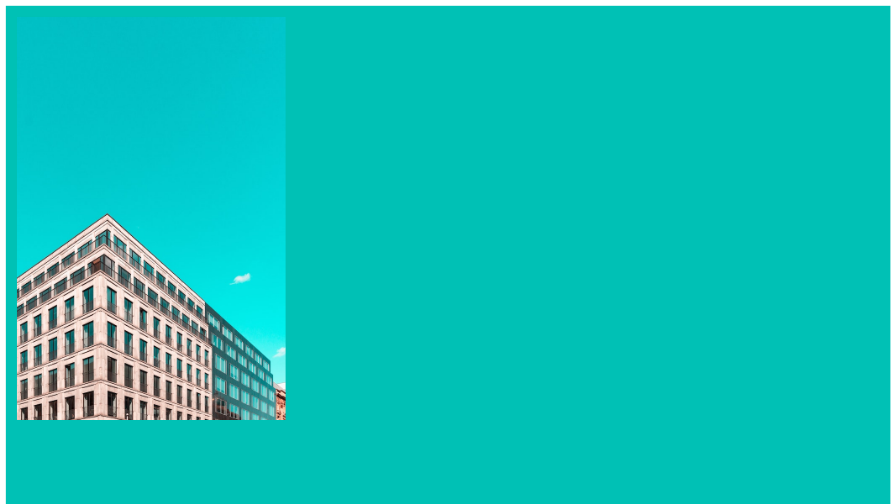
Repository: chelle-c/smooth-scroll-colours
Page: /
The author's editor kept a copy of each file at every save. The page is drawn from the files as they stood at one save, then again after the next save.
The browser window is 1280 px wide. The pictures show the part of the page from y = 0 to 1920 px (the page is 720 px tall before and 3608 px after), at 70% of full size.
The project was rebuilt for these pictures with package versions that can differ from the ones it lists, and the page was loaded fresh each time. Imported but missing from the stored project, and not drawn on this page: images.

Above is the page before, as saved 2022-09-19 19:47:29.

### src/App.svelte
<script>
	import '/images/';
	export let screenHeight = window.innerHeight;
</script>

<!-- <main
	class="min-w-full min-h-screen fixed flex flex-col justify-between p-6 z-10"
>
	<div class="flex flex-row justify-between items-baseline">
		<div>
			<h1 class="font-sans font-bold text-5xl uppercase">
				Scroll & Colours
			</h1>
		</div>
		<div class="font-sans font-bold text-xl">Contact info</div>
	</div>
	<div class="flex flex-row justify-between items-end">
		<div class="font-sans text-xl">Privacy Policy</div>
		<div class="font-sans text-xl">
			<ul>
				<li><a href="#section5">Link #5</a></li>
				<li><a href="#section4">Link #4</a></li>
				<li><a href="#section3">Link #3</a></li>
				<li><a href="#section2">Link #2</a></li>
				<li><a href="#section1">Link #1</a></li>
			</ul>
		</div>
	</div>
</main> -->
<div class="slider">
	<section id="section5">
		<div>
			<img
				class="w-96"
				src="/images/image-turquoise.jpg"
				alt="White building against turqoise sky"
			/>
		</div>
	</section>

	<section id="section4">
		<div>
			<img
				class="w-96"
				src="/images/image-orange.jpg"
				alt="White building against turqoise sky"
			/>
		</div>
	</section>

	<section id="section3">
		<div>
			<img
				class="w-96"
				src="/images/image-yellow.jpg"
				alt="White building against turqoise sky"
			/>
		</div>
	</section>

	<section id="section2">
		<div>
			<img
				class="w-96"
				src="/images/image-blue.jpg"
				alt="White building against turqoise sky"
			/>
		</div>
	</section>

	<section id="section1">
		<div>
			<img
				class="w-96"
				src="/images/image-red.jpg"
				alt="White building against turqoise sky"
			/>
		</div>
	</section>
</div>

<style global lang="postcss">
	@tailwind base;
	@tailwind components;
	@tailwind utilities;

	* {
		box-sizing: border-box;
		margin: 0;
		padding: 0;
		overflow: hidden;
	}

	.slider {
		scroll-snap-type: y mandatory;
		display: flex;
		flex-direction: column;
		-webkit-overflow-scrolling: touch;
		overflow-y: scroll;
	}

	section {
		padding: 1rem;
		min-width: 100vw;
		height: 100vh;
		scroll-snap-align: center;
		position: relative;
	}

	#section5 {
		background: #00c1b5;
	}

	#section4 {
		background: #ff651a;
	}

	#section3 {
		background: #ffbe00;
	}

	#section2 {
		background: #1d3fbb;
	}

	#section1 {
		background: #e30512;
	}
</style>

### tailwind.config.js
/** @type {import('tailwindcss').Config} */
const production = process.env.NODE_ENV !== 'development'
module.exports = {
	future: {
		purgeLayersByDefault: true,
		removeDeprecatedGapUtilities: true,
	},
	purge: {
		content: ['./src/**/*.svelte'],
		enabled: production, // disable purge in dev
	},
	content: [],
	theme: {
		extend: {},
	},
	plugins: [],
};

### public/global.css
html, body {
	position: relative;
	width: 100%;
	height: 100%;
}

body {
	color: #333;
	margin: 0;
	padding: 8px;
	box-sizing: border-box;
	font-family: -apple-system, BlinkMacSystemFont, "Segoe UI", Roboto, Oxygen-Sans, Ubuntu, Cantarell, "Helvetica Neue", sans-serif;
}

a {
	color: rgb(0,100,200);
	text-decoration: none;
}

a:hover {
	text-decoration: underline;
}

a:visited {
	color: rgb(0,80,160);
}

label {
	display: block;
}

input, button, select, textarea {
	font-family: inherit;
	font-size: inherit;
	-webkit-padding: 0.4em 0;
	padding: 0.4em;
	margin: 0 0 0.5em 0;
	box-sizing: border-box;
	border: 1px solid #ccc;
	border-radius: 2px;
}

input:disabled {
	color: #ccc;
}

button {
	color: #333;
	background-color: #f4f4f4;
	outline: none;
}

button:disabled {
	color: #999;
}

button:not(:disabled):active {
	background-color: #ddd;
}

button:focus {
	border-color: #666;
}

Loaded but not shown: public/index.html (common file); src/main.js (common file)

After the next save:
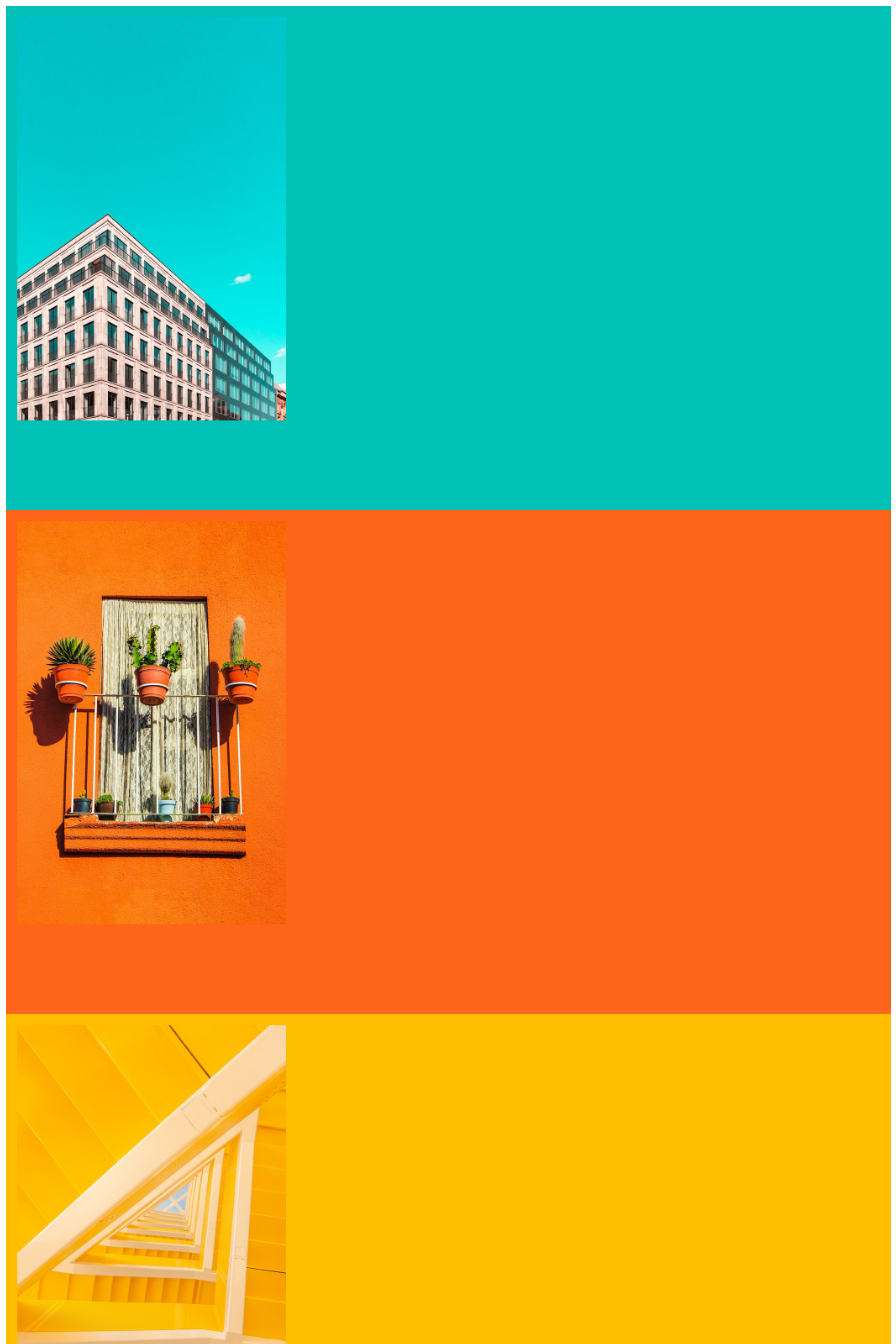
Saved 4 min 53 s later.
--- a/src/App.svelte
+++ b/src/App.svelte
@@ -88,7 +88,6 @@
 		box-sizing: border-box;
 		margin: 0;
 		padding: 0;
-		overflow: hidden;
 	}
 
 	.slider {
